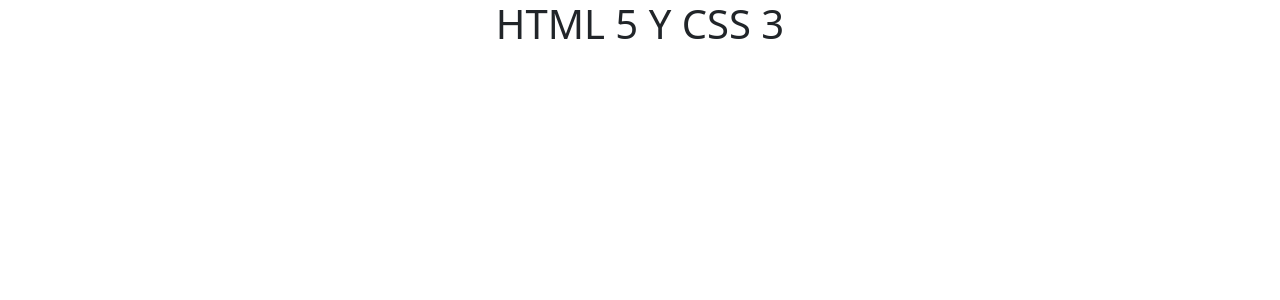
Repository: ScoggoDev/DesarrolloWeb
Page: tarea en equipo 1/ejercicio.html
The author's editor kept a copy of each file at every save. The page is drawn from the files as they stood at one save, then again after the next save.
The browser window is 1280 px wide. The pictures show the whole page.

Above is the page before, as saved 2021-07-14 18:54:53.

### tarea en equipo 1/ejercicio.html
<!DOCTYPE html>
<html lang="en">
<head>
    <link rel="stylesheet" href="ejercicio.css">
    <meta charset="UTF-8">
    <meta http-equiv="X-UA-Compatible" content="IE=edge">
    <meta name="viewport" content="width=device-width, initial-scale=1.0">
    <link href="https://cdn.jsdelivr.net/npm/bootstrap@5.0.2/dist/css/bootstrap.min.css" rel="stylesheet" integrity="sha384-EVSTQN3/azprG1Anm3QDgpJLIm9Nao0Yz1ztcQTwFspd3yD65VohhpuuCOmLASjC" crossorigin="anonymous">
    <script src="https://cdn.jsdelivr.net/npm/bootstrap@5.0.2/dist/js/bootstrap.bundle.min.js" integrity="sha384-MrcW6ZMFYlzcLA8Nl+NtUVF0sA7MsXsP1UyJoMp4YLEuNSfAP+JcXn/tWtIaxVXM" crossorigin="anonymous"></script>
    <title>HTML y CSS</title>
</head>
<body>
    <h1 style="text-align: center;">HTML 5 Y CSS 3</h1>
</body>
</html>

Loaded but not shown: tarea en equipo 1/ejercicio.css (common file)

After the next save:
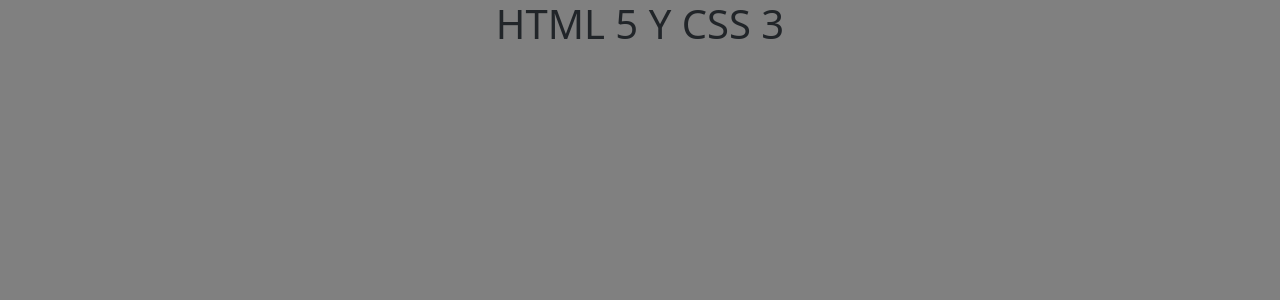
Saved 24 s later.
--- a/tarea en equipo 1/ejercicio.html
+++ b/tarea en equipo 1/ejercicio.html
@@ -9,7 +9,7 @@
     <script src="https://cdn.jsdelivr.net/npm/bootstrap@5.0.2/dist/js/bootstrap.bundle.min.js" integrity="sha384-MrcW6ZMFYlzcLA8Nl+NtUVF0sA7MsXsP1UyJoMp4YLEuNSfAP+JcXn/tWtIaxVXM" crossorigin="anonymous"></script>
     <title>HTML y CSS</title>
 </head>
-<body>
+<body style="background-color: grey;">
     <h1 style="text-align: center;">HTML 5 Y CSS 3</h1>
 </body>
 </html>
